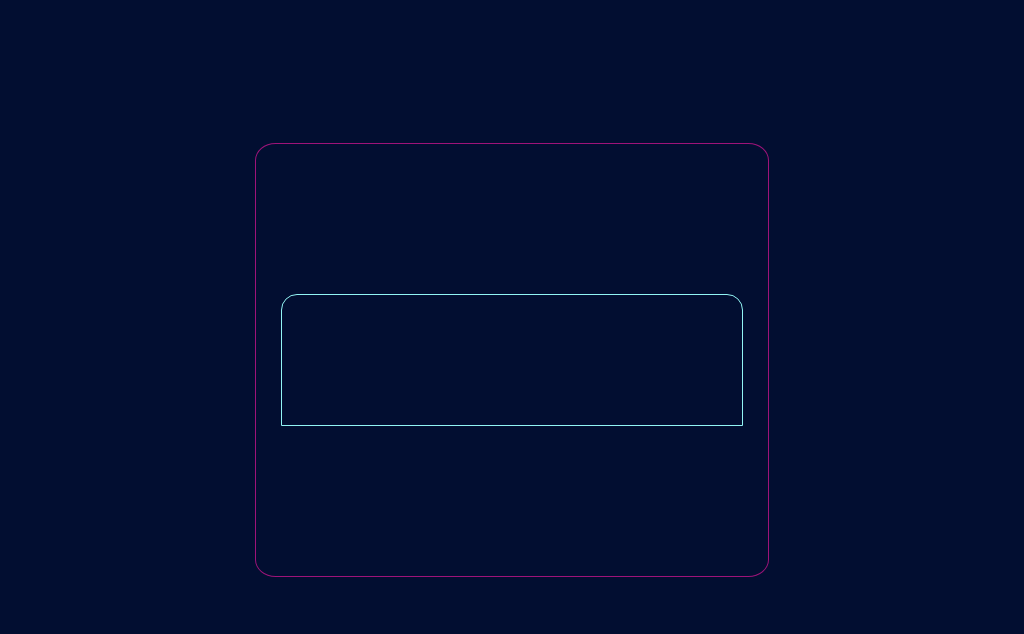
Repository: 2001mariana/Calculator_react
Page: /
The author's editor kept a copy of each file at every save. The page is drawn from the files as they stood at one save, then again after a run of saves.
The browser window is 1024 px wide. The pictures show the whole page.
The project was rebuilt for these pictures with package versions that can differ from the ones it lists, and the page was loaded fresh each time.

Above is the page before, as saved 2023-02-06 17:35:04.

After the next 2 saves:
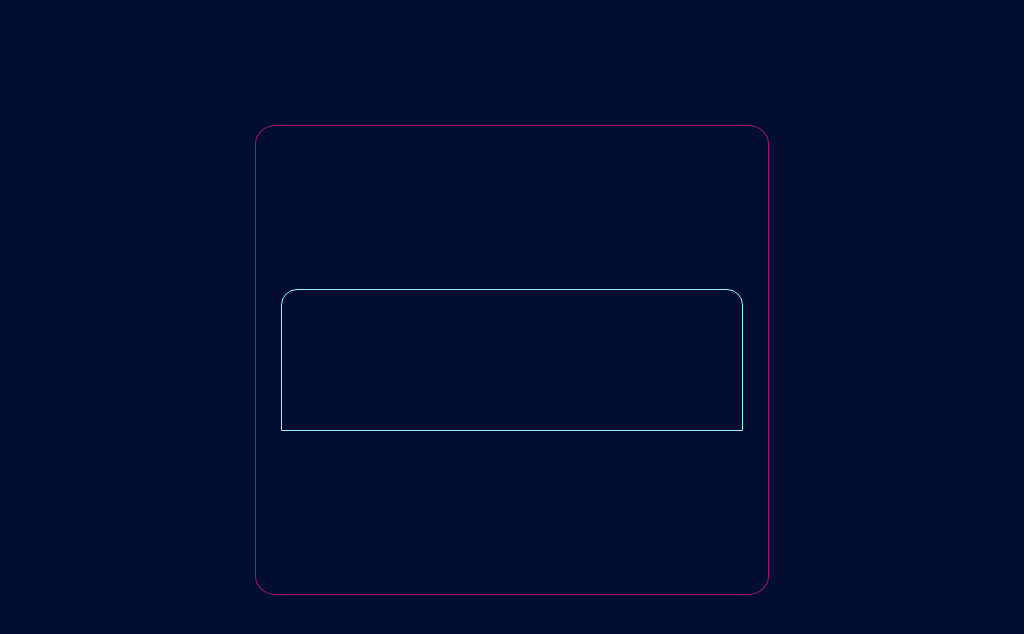
The 2 saves are shown as one change because they came seconds apart.
The last was saved 7 s later.
--- a/src/App.css
+++ b/src/App.css
@@ -26,14 +26,14 @@
 
 @media (max-width: 1200px) {
   .Calculator__body {
-    height: 55vh;
+    height: 60vh;
   }
 }
 
 @media (max-width: 1100px) {
   .Calculator__body {
     width: 50vw;
-    height: 60vh;
+    height: 65vh;
   }
 }
 
